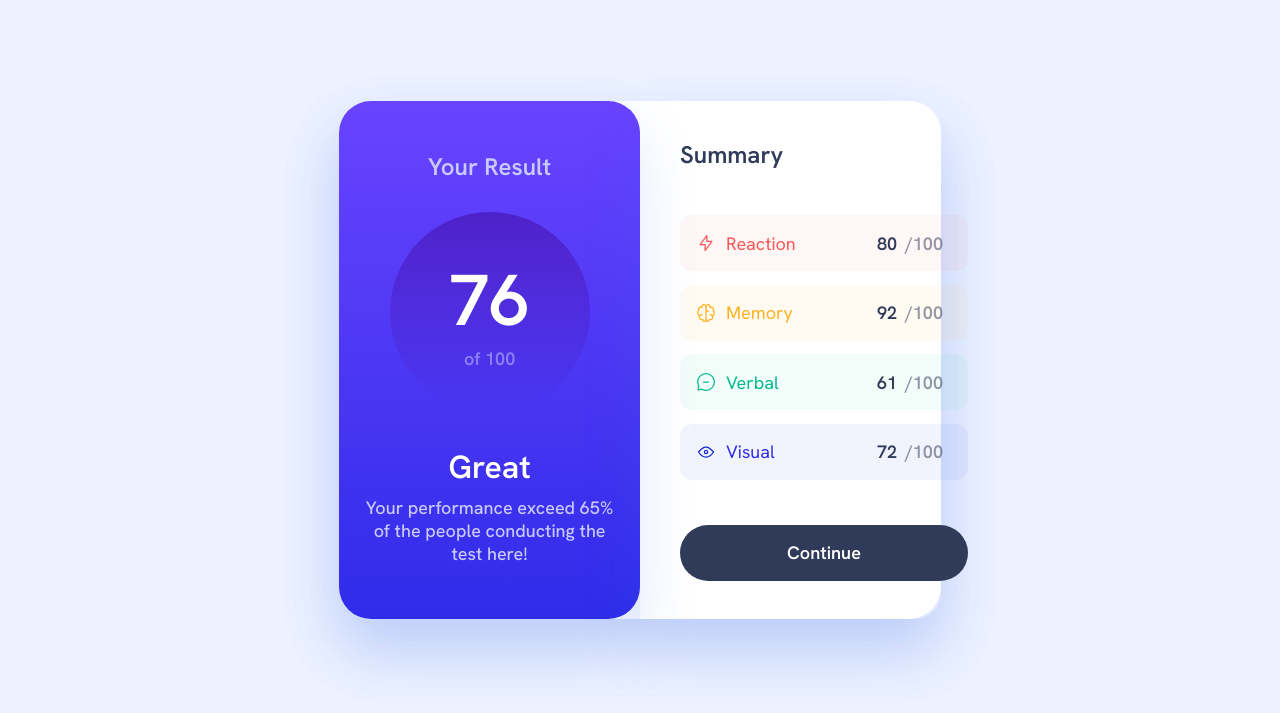
Repository: KamoliddinGIT/result-summary
Page: index.html
An editor plug-in stored every save of this project. The page is shown before and after the next save, followed by the edit.
The browser window is 1280 px wide. The pictures show the whole page.

Above is the page before, as saved 2023-09-08 16:51:18.

After the next save:
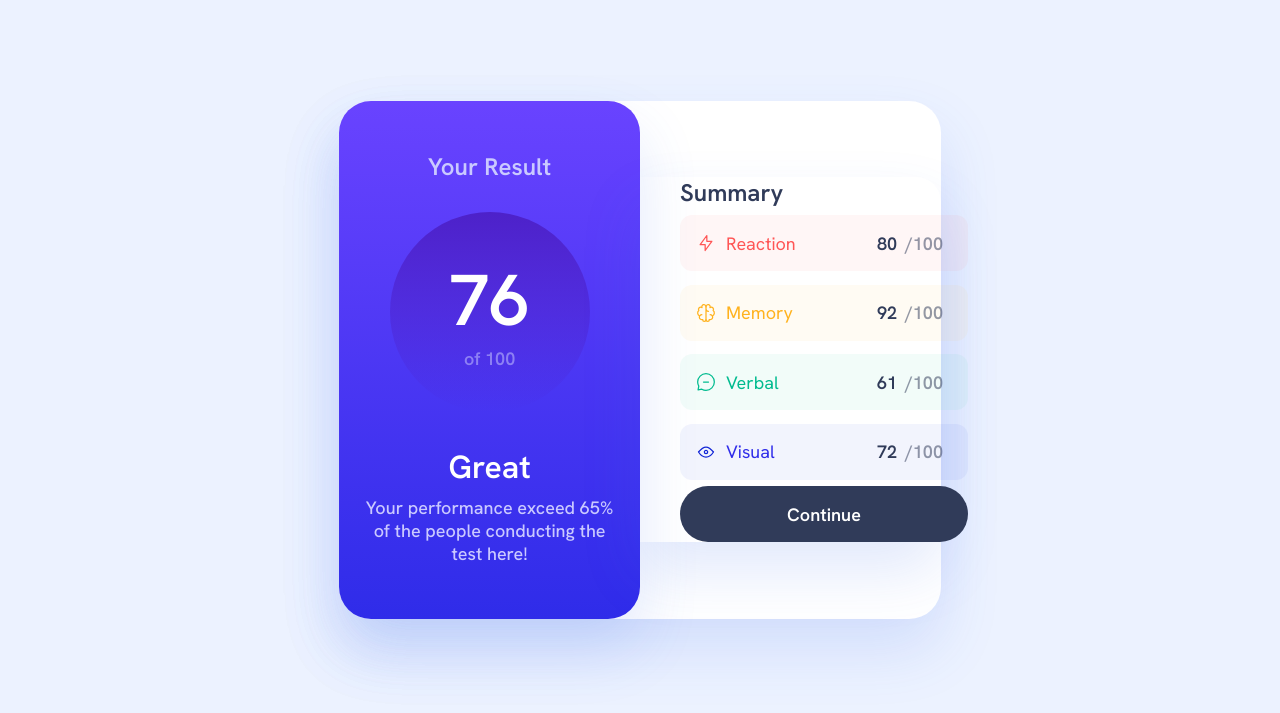
Saved 39 s later.
--- a/css/style.css
+++ b/css/style.css
@@ -63,7 +63,7 @@
   padding-left: 40px;
   justify-content: space-evenly;
   width: 50%;
-  min-height: 100%;
+  /* min-height: 100%; */
   border-radius: 0 25px 25px 0;
   box-shadow: 0px 30px 60px 0px rgba(61, 108, 236, 0.15);
 }

After the save that followed:
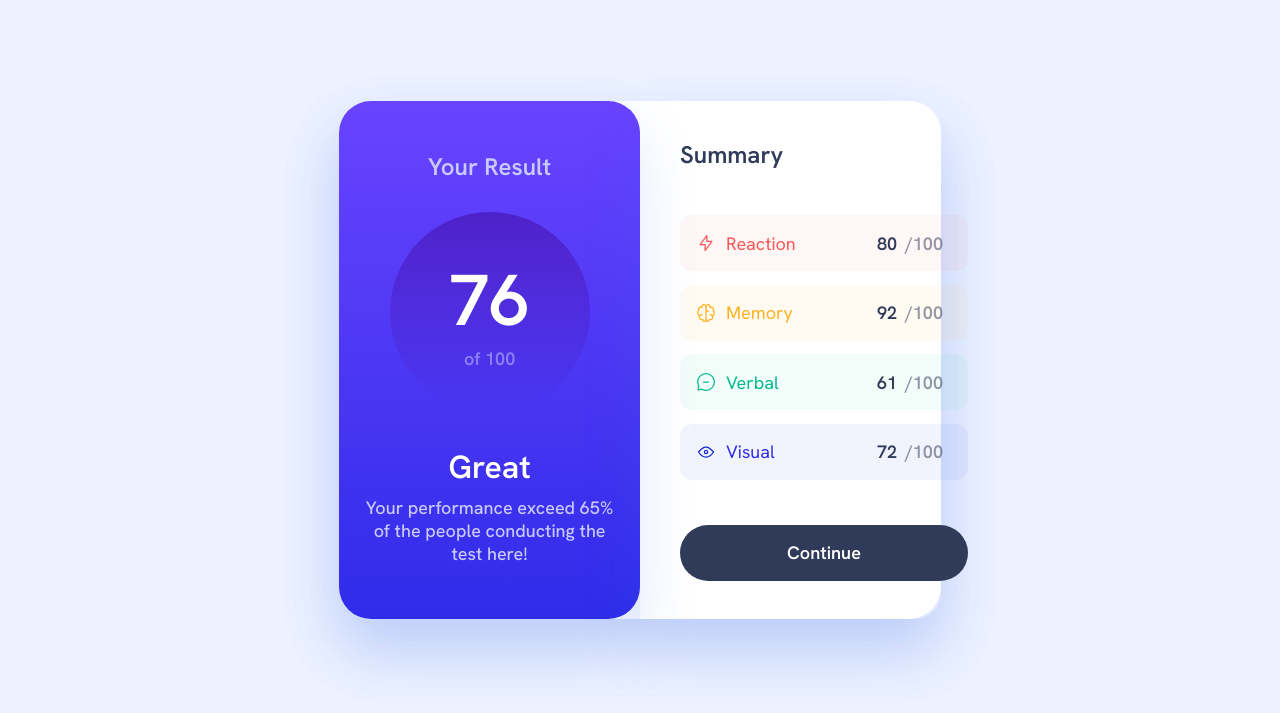
Saved 5 s later.
--- a/css/style.css
+++ b/css/style.css
@@ -63,7 +63,7 @@
   padding-left: 40px;
   justify-content: space-evenly;
   width: 50%;
-  /* min-height: 100%; */
+  height: 100%;
   border-radius: 0 25px 25px 0;
   box-shadow: 0px 30px 60px 0px rgba(61, 108, 236, 0.15);
 }
